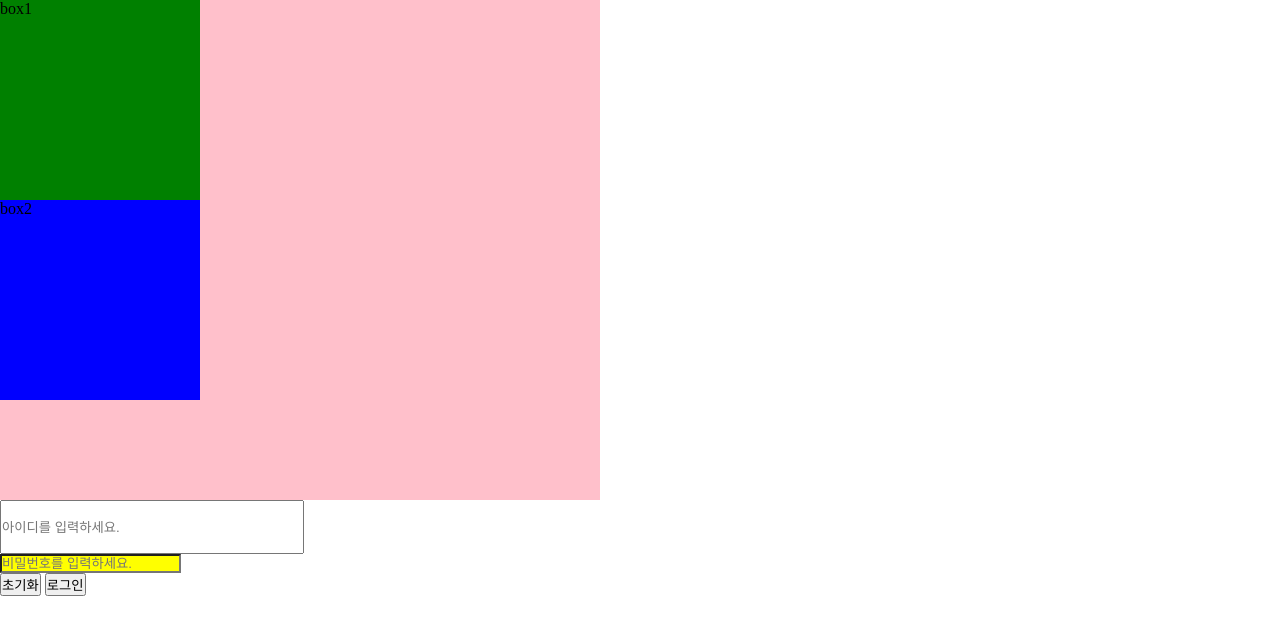
Repository: gwonjunsu95/html5
Page: html5/WebContent/day0204.html
These files come from the project's save history. The page is drawn as it stood at one moment and after the next save; the edit follows.
The browser window is 1280 px wide. The pictures show the whole page.

Above is the page before, as saved 2020-04-17 05:56:19.

### html5/WebContent/day0204.html
<!DOCTYPE html>
<html>
<head>
	<meta charset="UTF-8">
	<title>Insert title here</title>
	<style>
		*{
			margin : 0;
			padding : 0;
			text-decoration: none;
			list-style: none;
		}

		#parent{
			width : 600px;
			height : 500px;
			background: pink;
		}

		#box1{
			width : 200px;
			height: 200px;
			background: red;
		}

		#box2{
			width: 200px;
			height: 200px;
			background: blue;
		}

		/*복합 선택자*/
		#parent #box1{
			background: green;
		}

		/*
		공백 : 하위태그 전체 선택
		> : 바로 하위의 태그만 선택
		*/

		/*속성 선택자*/
		input[type = "text"]{
			width : 300px;
			height : 50px;
		}

		input[placeholder *="비밀번호"]{
			background: yellow;
		}

	</style>
</head>
<body>
	<div id = "parent">
		<div id = "box1"><p>box1</p></div>
		<div id = "box2">box2</div>
	</div>
	<div>
		<form>
			<input type = "text" placeholder="아이디를 입력하세요." /><br/>
			<input type = "password" placeholder="비밀번호를 입력하세요."/><br/>
			<input type = "reset" value = "초기화"/>
			<button type = "submit">로그인</button>
		</form>
	</div>
</body>
</html>

After the next save:
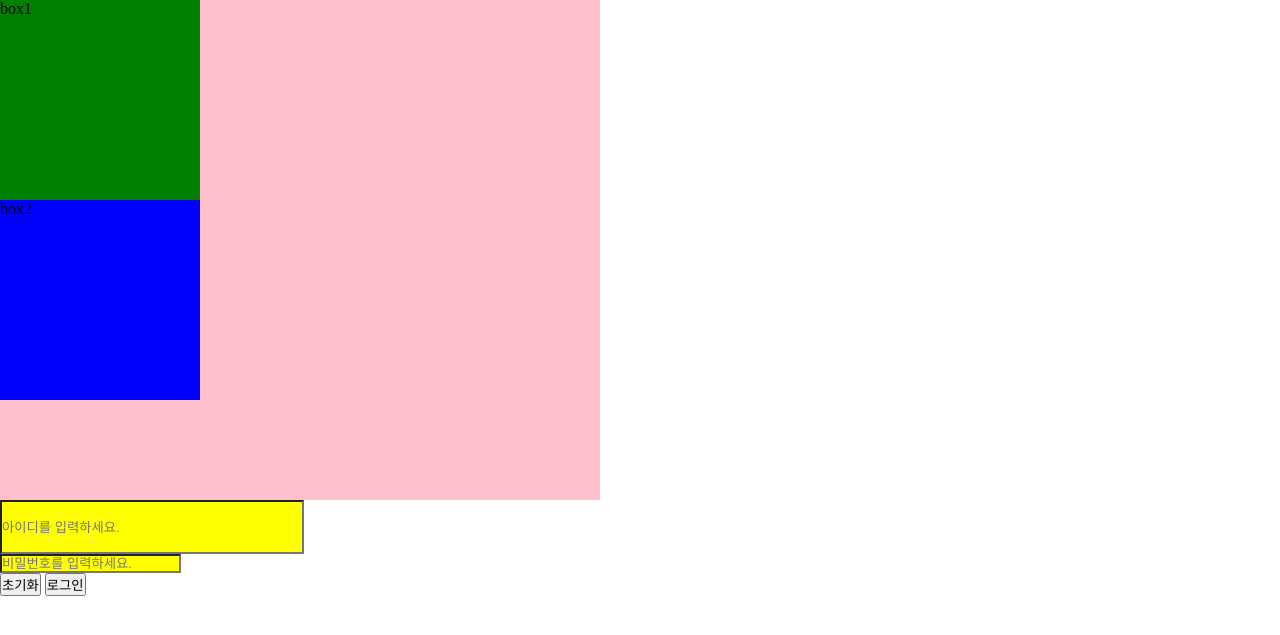
Saved 14 s later.
--- a/html5/WebContent/day0204.html
+++ b/html5/WebContent/day0204.html
@@ -45,7 +45,7 @@
 			height : 50px;
 		}
 
-		input[placeholder *="비밀번호"]{
+		input[placeholder *="입력"]{
 			background: yellow;
 		}
 
